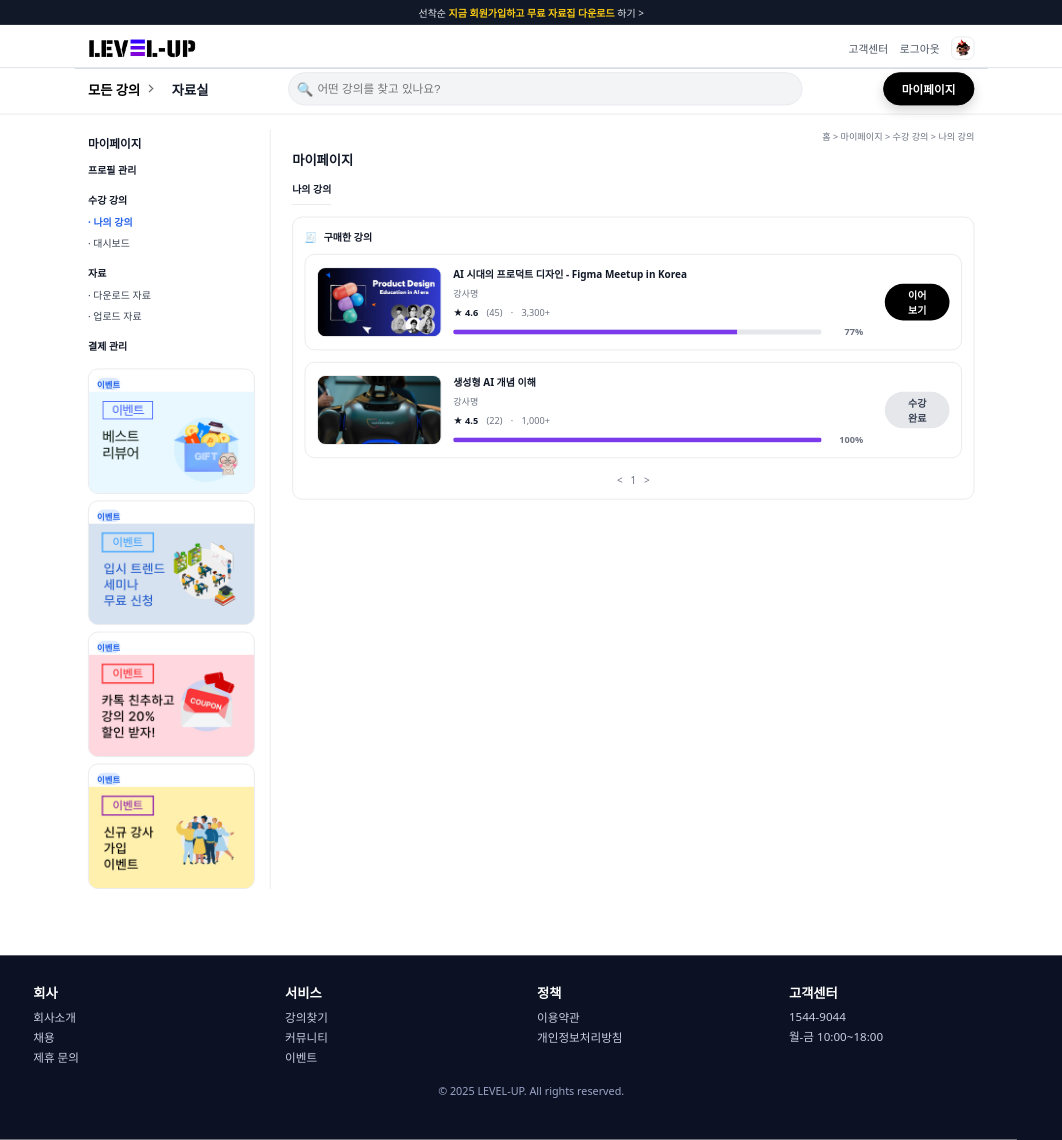
Repository: Iimchaehoon/level_up
Page: mypage.html
An editor plug-in stored every save of this project. The page is shown before and after the next save, followed by the edit.
The browser window is 1280 px wide. The pictures show the whole page, at 83% of full size.

Above is the page before, as saved 2025-12-16 23:23:07.

### mypage.html
<!doctype html>
<html lang="ko">
<head>
  <meta charset="UTF-8" />
  <meta name="viewport" content="width=device-width,initial-scale=1" />
  <title>마이페이지 | LEVEL-UP</title>

  <link rel="stylesheet" href="styles.css" />

  <style>
    :root{
      --gray-50:#f9fafb; --gray-100:#f3f4f6; --gray-200:#e5e7eb; --gray-300:#d1d5db;
      --gray-400:#9ca3af; --gray-500:#6b7280; --gray-600:#4b5563; --gray-700:#374151;
      --black:#111827; --primary:#2563eb;
    }
    *{ box-sizing:border-box; }
    body{ margin:0; font-family:"Noto Sans KR",system-ui,-apple-system,BlinkMacSystemFont,"Segoe UI",sans-serif; background:#fff; color:var(--black); }
    a{ color:inherit; text-decoration:none; }
    img{ max-width:100%; display:block; }
    button{ font-family:inherit; }

    /* ✅ 커서 */
    .brand,.nav-util,.menu-title,.profile-avatar,.mypage-btn{ cursor:pointer; }

    /* ───────── 상단 공지 ───────── */
    .topbar{ background:#111827; color:#e5e7eb; font-size:12px; text-align:center; padding:6px 16px; }
    .topbar strong{ color:#facc15; font-weight:600; }

    /* ───────── 헤더(네가 준 구조 그대로) ───────── */
    .header{ background:#fff; border-bottom:1px solid var(--gray-200); position:sticky; top:0; z-index:20; }
    .header-top{
      display:flex; align-items:center; justify-content:space-between;
      max-width:1100px; margin:0 auto; padding:8px 16px 4px;
    }
    .brand{ font-size:22px; font-weight:800; letter-spacing:-0.06em; }
    .brand__e{
      display:inline-block;
      background:linear-gradient(120deg,#7b5cff,#ff4bff);
      -webkit-background-clip:text; color:transparent;
    }
    .header-top__right{ display:flex; align-items:center; gap:14px; font-size:13px; }
    .nav-util{ color:var(--gray-600); }
    .profile-avatar{
      width:28px; height:28px; border-radius:8px; object-fit:cover; border:1px solid var(--gray-200);
    }

    .header-bottom{
      display:grid;
      grid-template-columns:auto minmax(260px,1fr) auto;
      align-items:center; gap:16px;
      max-width:1100px; margin:0 auto;
      padding:4px 16px 10px;
      border-top:1px solid rgba(148,163,184,.35);
    }
    .header-bottom__left{ display:flex; align-items:center; gap:16px; }
    .menu-title{
      background:none; border:none; padding:6px 0; font:inherit;
      font-weight:600; display:inline-flex; align-items:center; gap:4px;
    }
    .menu-title:hover{ color:var(--primary); }

    .header-bottom__center{ display:flex; justify-content:center; }
    .header-bottom__right{ display:flex; justify-content:flex-end; }

    .nav__search{ position:relative; max-width:620px; width:100%; }
    .nav__search input{
      width:100%;
      padding:11px 14px 11px 34px;
      border-radius:999px;
      border:1px solid var(--gray-200);
      background:var(--gray-100);
      font-size:14px;
    }
    .icon-search{
      position:absolute; left:10px; top:50%; transform:translateY(-50%);
      font-size:16px; color:var(--gray-600);
      cursor:default;
    }

    .menu-toggle-icon{
      width:18px; height:18px;
      background-image:url("./assets/Button_1.png");
      background-size:contain; background-repeat:no-repeat; background-position:center;
      transform:rotate(0deg);
      transform-origin:center;
      transition:transform .15s ease;
    }
    .menu-toggle-icon.open{ transform:rotate(90deg); }

    .btn{
      border-radius:12px;
      border:1px solid transparent;
      padding:10px 16px;
      font-weight:600;
      cursor:pointer;
      background:#fff;
      color:var(--black);
      transition:all .2s ease;
    }
    .btn.mypage-btn{
      border-radius:999px;
      background:#000;
      color:#fff;
      padding:9px 22px;
      font-size:14px;
      border:1px solid #000;
    }
/* ✅ 마이페이지 버튼: 은은한 입체감 + 자연스러운 hover/active */
.btn.mypage-btn{
  box-shadow: 0 6px 14px rgba(0,0,0,0.16);
  transition: background-color .18s ease, box-shadow .18s ease, transform .18s ease;
}

.btn.mypage-btn:hover{
  background: rgba(0,0,0,0.86);          /* 너무 밝게 안 바뀌게 */
  box-shadow: 0 8px 18px rgba(0,0,0,0.18);
  transform: translateY(-1px);           /* 아주 살짝만 */
}

.btn.mypage-btn:active{
  background: rgba(0,0,0,0.78);
  box-shadow: 0 4px 10px rgba(0,0,0,0.14);
  transform: translateY(1px);            /* 눌림 느낌 */
}
/* 마이페이지 버튼: 마우스 오버 시 포인터 */
.btn.mypage-btn{
  cursor: pointer;
}

    /* 드롭다운 */
    .nav-dropdown{
      display:none;
      position:absolute;
      top:0; left:0;
      background:#fff;
      border-radius:18px;
      box-shadow:0 20px 40px rgba(15,23,42,.18);
      padding:10px 0;
      min-width:260px;
      z-index:30;
    }
    .nav-dropdown__list{ list-style:none; margin:0; padding:0; }
    .nav-dropdown__item{
      display:flex; align-items:center; gap:10px;
      padding:8px 16px; font-size:14px; white-space:nowrap;
      cursor:pointer;
    }
    .nav-dropdown__item + .nav-dropdown__item{ border-top:1px solid var(--gray-200); }
    .nav-dropdown__item:hover{ background:var(--gray-50); }
    .nav-dropdown__icon{ width:22px; height:22px; object-fit:contain; }

    /* ───────── 마이페이지 레이아웃 ───────── */
    .mypage-wrap{
      max-width:1100px;
      margin:0 auto;
      padding:18px 16px 80px;
      display:grid;
      grid-template-columns:220px 1fr;
      gap:26px;
    }
    .side{ border-right:1px solid var(--gray-200); padding-right:18px; }
    .side__title{ font-size:14px; font-weight:900; margin:6px 0 14px; }
    .side__group{ margin-bottom:18px; }
    .side__group h4{ margin:0 0 8px; font-size:12px; font-weight:900; color:var(--black); }
    .side__links{ display:flex; flex-direction:column; gap:8px; font-size:12px; }
    .side__links a{ color:var(--gray-700); }
    .side__links a.active{ color:var(--primary); font-weight:900; }

    /* ✅ 광고(lecture/img5~img8) — 꽉 차게 */
    .side__cards    {
      margin-top: 5px;
      display: flex;
      flex-direction: column;
      gap: 8px;
    }

    .sidebar-events img {
      border-radius: 4px;
      cursor: pointer;
    }
    .evt{ border:1px solid var(--gray-200); border-radius:12px; overflow:hidden; background:#fff; }
    .evt__badge{
      display:inline-block;
      font-size:10px; font-weight:900;
      background:#dbeafe; color:var(--primary);
      border-radius:999px;
      margin:10px 10px 0;
    }
    .evt img{
      width:100%;
      height: 100%;     /* ✅ 캡처처럼 카드 높이 고정 */
      object-fit:cover;     /* ✅ 꽉 차게 */
      display:block;
    }

    .main__crumb{ font-size:11px; color:var(--gray-500); text-align:right; margin:0 0 8px; }
    .main__title{ font-size:16px; font-weight:900; margin:6px 0 14px; }
    .tab-title{
      font-size:12px; font-weight:900;
      margin:0 0 14px; padding-bottom:10px;
      border-bottom:1px solid var(--gray-200);
      width:fit-content;
    }
    .block{ border:1px solid var(--gray-200); border-radius:12px; padding:14px; background:#fff; }
    .block__head{ display:flex; align-items:center; gap:8px; font-size:12px; font-weight:900; margin-bottom:12px; }

    .course-list{ display:flex; flex-direction:column; gap:14px; }
    .course-card{
      border:1px solid var(--gray-200);
      border-radius:12px;
      padding:14px;
      display:grid;
      grid-template-columns:150px 1fr 90px;
      gap:14px;
      align-items:center;
      background:#fff;
    }
    .course-thumb{
      width:150px; height:84px;
      border-radius:10px; overflow:hidden;
      border:1px solid var(--gray-200);
      background:var(--gray-100);
    }
    .course-thumb img{ width:100%; height:100%; object-fit:cover; }
    .course-info .course-name{ font-size:12px; font-weight:900; margin:0 0 6px; }
    .course-info .teacher{ font-size:11px; color:var(--gray-500); margin:0 0 8px; }
    .meta-row{ display:flex; align-items:center; gap:10px; font-size:11px; color:var(--gray-500); margin-bottom:8px; }
    .stars{ color:var(--black); font-weight:900; }
    .progress-row{ display:flex; align-items:center; gap:10px; }
    .progress{ flex:1; height:6px; background:var(--gray-200); border-radius:999px; overflow:hidden; }
    .progress > span{ display:block; height:100%; background:#7c3aed; }
    .pct{ font-size:11px; color:var(--gray-500); width:40px; text-align:right; font-weight:900; }
    .course-action{ display:flex; justify-content:flex-end; }
    .btn-action{
      width:78px; height:44px;
      border-radius:999px; border:none;
      cursor:pointer; font-size:12px; font-weight:900;
    }
    .btn-action.black{ background:#000; color:#fff; }
    .btn-action.gray{ background:var(--gray-200); color:var(--gray-700); }
    .pager{ margin-top:18px; text-align:center; font-size:12px; color:var(--gray-500); user-select:none; }

    @media (max-width: 980px){
      .mypage-wrap{ grid-template-columns:1fr; }
      .side{ border-right:none; padding-right:0; }
      .course-card{ grid-template-columns:120px 1fr; grid-template-rows:auto auto; }
      .course-action{ grid-column:1 / -1; justify-content:flex-end; }
      .course-thumb{ width:120px; height:72px; }
    }
    /* ✅ 구매한 강의 카드: hover/active 효과 + 클릭 커서 */
.course-card{
  cursor: pointer;
  transition: transform .18s ease, box-shadow .18s ease, border-color .18s ease;
}
.course-card:hover{
  transform: translateY(-3px);
  box-shadow: 0 12px 24px rgba(15,23,42,.08);
  border-color: var(--gray-300);
}
.course-card:active{
  transform: translateY(-1px);
}

/* 카드 안 버튼은 카드 클릭과 분리 */
.course-card .btn-action{ cursor: pointer; }
/* 구매한 강의 카드: 기본 */
.course-card{
  cursor: pointer;
}

/* hover는 기존 유지 */

/* ✅ 클릭(active) 시 파란 아웃라인만 */
.course-card:active{
  outline: 2px solid var(--primary);
  outline-offset: -2px;
}
.footer {
  background: #0c1224;
  color: #c7cee1;
  padding: 32px 24px 50px;
}

.footer__links {
  max-width: 1200px;
  margin: 0 auto 18px;
  display: grid;
  grid-template-columns: repeat(auto-fit, minmax(180px, 1fr));
  gap: 14px;
}

.footer h4 {
  margin: 0 0 8px;
  color: #ffffff;
}

.footer a {
  display: block;
  margin: 4px 0;
  font-size: 14px;
}

.footer__copy {
  margin: 0;
  text-align: center;
  font-size: 13px;
  color: #9ca6c7;
}
  </style>
</head>

<body>
  <div class="topbar">
    선착순 <strong>지금 회원가입하고 무료 자료집 다운로드</strong> 하기 &gt;
  </div>

  <!-- ✅ 헤더: 네가 준 구조 그대로 -->
  <header class="header">
    <div class="header-top">
      <div class="header-top__left">
         <a href="index.html" class="brand" id="brandLogo">
  <img src="./assets/top_logo.png" alt="LEVEL-UP" width="130" height="40">
</a>

      </div>
      <div class="header-top__right header-top__right--authed">
        <span class="nav-util">고객센터</span>
        <span class="nav-util">로그아웃</span>
        <img class="profile-avatar" src="./assets/ddd_thumbnail.png" alt="프로필" />
      </div>
    </div>

    <div class="header-bottom">
      <div class="header-bottom__left">
        <button class="menu-title has-dropdown" id="allLecturesBtn" type="button">
          <span>모든 강의</span>
          <span class="menu-toggle-icon" id="menuToggleIcon" aria-hidden="true"></span>
        </button>
        <a class="menu-title" href="./board_free.html">자료실</a>
      </div>

      <div class="header-bottom__center">
        <div class="nav__search">
          <span class="icon-search">🔍</span>
          <input type="text" placeholder="어떤 강의를 찾고 있나요?" />
        </div>
      </div>

      <div class="header-bottom__right">
        <button class="btn mypage-btn" type="button" data-nav="mypage">마이페이지</button>
      </div>
    </div>

    <div class="nav-dropdown" id="navDropdown">
      <ul class="nav-dropdown__list">
        <li class="nav-dropdown__item js-go-ai-basic">
          <img src="./assets/9342101 1.png" alt="" class="nav-dropdown__icon" />
          <span>AI 기초 이해 · 리터러시</span>
        </li>
        <li class="nav-dropdown__item">
          <img src="./assets/9a04e59f-39b9-42de-9d05-d933becf10b4 1.png" alt="" class="nav-dropdown__icon" />
          <span>업무 효율 향상</span>
        </li>
        <li class="nav-dropdown__item">
          <img src="./assets/son-eul-jabgo-huinsaeg-baegyeong-3d-geulim-e-keullibbodeue-chekeuliseuteu-sincheongseo-munseo-jagseong (1) 1.png" alt="" class="nav-dropdown__icon" />
          <span>교육 자료 제작</span>
        </li>
        <li class="nav-dropdown__item">
          <img src="./assets/9731562 1.png" alt="" class="nav-dropdown__icon" />
          <span>원생 관리</span>
        </li>
        <li class="nav-dropdown__item">
          <img src="./assets/10316159 1.png" alt="" class="nav-dropdown__icon" />
          <span>상담 업무</span>
        </li>
        <li class="nav-dropdown__item">
          <img src="./assets/63624731-5ef5-4ba4-8c7f-82a551538336 1.png" alt="" class="nav-dropdown__icon" />
          <span>강의 기획 · 교육 설계</span>
        </li>
        <li class="nav-dropdown__item">
          <img src="./assets/9d016f34-375d-4ba7-8c87-c7b0c5c7740b 1.png" alt="" class="nav-dropdown__icon" />
          <span>강의 홍보 · 피드백</span>
        </li>
        <li class="nav-dropdown__item">
          <img src="./assets/04f8dee7-4018-491e-96a9-dbf9a50d942b 1.png" alt="" class="nav-dropdown__icon" />
          <span>자료 · 로고 디자인</span>
        </li>
        <li class="nav-dropdown__item">
          <img src="./assets/11591525 1.png" alt="" class="nav-dropdown__icon" />
          <span>창업 · 수익화</span>
        </li>
      </ul>
    </div>
  </header>

  <main class="mypage-wrap">
    <aside class="side">
      <div class="side__title">마이페이지</div>

      <div class="side__group"><h4>프로필 관리</h4></div>

      <div class="side__group">
        <h4>수강 강의</h4>
        <div class="side__links">
          <a href="#" class="active">· 나의 강의</a>
          <a href="#">· 대시보드</a>
        </div>
      </div>

      <div class="side__group">
        <h4>자료</h4>
        <div class="side__links">
          <a href="#">· 다운로드 자료</a>
          <a href="#">· 업로드 자료</a>
        </div>
      </div>

      <div class="side__group"><h4>결제 관리</h4></div>

      <!-- ✅ 광고: 네가 말한 lecture 폴더 기준(img5~img8) -->
      <div class="side__cards">
        <div class="evt"><span class="evt__badge">이벤트</span><img src="./lecture/img5.png" alt="이벤트 1" /></div>
        <div class="evt"><span class="evt__badge">이벤트</span><img src="./lecture/img6.png" alt="이벤트 2" /></div>
        <div class="evt"><span class="evt__badge">이벤트</span><img src="./lecture/img7.png" alt="이벤트 3" /></div>
        <div class="evt"><span class="evt__badge">이벤트</span><img src="./lecture/img8.png" alt="이벤트 4" /></div>
      </div>
    </aside>

    <section class="main">
      <div class="main__crumb">홈 &gt; 마이페이지 &gt; 수강 강의 &gt; 나의 강의</div>

      <div class="main__title">마이페이지</div>
      <div class="tab-title">나의 강의</div>

      <div class="block">
        <div class="block__head"><span aria-hidden="true">🧾</span> 구매한 강의</div>

        <div class="course-list">
          <div class="course-card">
            <div class="course-thumb"><img src="./my/334312.gif.mp4.png" alt="강의 썸네일" /></div>
            <div class="course-info">
              <p class="course-name">AI 시대의 프로덕트 디자인 - Figma Meetup in Korea</p>
              <p class="teacher">강사명</p>
              <div class="meta-row"><span class="stars">★ 4.6</span><span>(45)</span><span>·</span><span>3,300+</span></div>
              <div class="progress-row">
                <div class="progress"><span style="width:77%"></span></div>
                <div class="pct">77%</div>
              </div>
            </div>
            <div class="course-action"><button class="btn-action black" type="button">이어<br/>보기</button></div>
          </div>

          <div class="course-card">
            <div class="course-thumb"><img src="./my/생성형 AI 개념 이해.png" alt="강의 썸네일" /></div>
            <div class="course-info">
              <p class="course-name">생성형 AI 개념 이해</p>
              <p class="teacher">강사명</p>
              <div class="meta-row"><span class="stars">★ 4.5</span><span>(22)</span><span>·</span><span>1,000+</span></div>
              <div class="progress-row">
                <div class="progress"><span style="width:100%"></span></div>
                <div class="pct">100%</div>
              </div>
            </div>
            <div class="course-action"><button class="btn-action gray" type="button">수강<br/>완료</button></div>
          </div>
        </div>

        <div class="pager">&lt; &nbsp; 1 &nbsp; &gt;</div>
      </div>
    </section>
  </main>
<footer class="footer">
    <div class="footer__links">
      <div>
        <h4>회사</h4>
        <a href="#">회사소개</a>
        <a href="#">채용</a>
        <a href="#">제휴 문의</a>
      </div>
      <div>
        <h4>서비스</h4>
        <a href="#">강의찾기</a>
        <a href="#">커뮤니티</a>
        <a href="#">이벤트</a>
      </div>
      <div>
        <h4>정책</h4>
        <a href="#">이용약관</a>
        <a href="#">개인정보처리방침</a>
      </div>
      <div>
        <h4>고객센터</h4>
        <a href="tel:1544-9044">1544-9044</a>
        <a href="#">월-금 10:00~18:00</a>
      </div>
    </div>
    <p class="footer__copy">© 2025 LEVEL-UP. All rights reserved.</p>
  </footer>

  <script defer src="./js/nav.js"></script>
  <script>
    // ✅ 마이페이지 버튼 공통 이동
    document.addEventListener("click", (e) => {
      const btn = e.target.closest('[data-nav="mypage"]');
      if (!btn) return;
      window.location.href = "mypage.html";
    });

    // ✅ "모든 강의" 드롭다운
    const allLecturesBtn = document.getElementById("allLecturesBtn");
    const navDropdown = document.getElementById("navDropdown");
    const menuToggleIcon = document.getElementById("menuToggleIcon");
    let open = false;

    allLecturesBtn?.addEventListener("click", (e) => {
      e.stopPropagation();
      open = !open;
      navDropdown.style.display = open ? "block" : "none";
      menuToggleIcon.classList.toggle("open", open);

      // 헤더 아래줄 기준으로 드롭다운 위치 맞춤
      const rect = allLecturesBtn.getBoundingClientRect();
      navDropdown.style.top = (rect.bottom + window.scrollY + 6) + "px";
      navDropdown.style.left = (rect.left + window.scrollX) + "px";
    });

    document.addEventListener("click", (e) => {
      if (!open) return;
      if (!navDropdown.contains(e.target) && !allLecturesBtn.contains(e.target)) {
        open = false;
        navDropdown.style.display = "none";
        menuToggleIcon.classList.remove("open");
      }
    });
    document.querySelector(".js-go-ai-basic")?.addEventListener("click", () => {
  window.location.href = "lecture_ai_basic.html";
});
// ✅ 구매한 강의 카드 클릭 → 나의강의 페이지로 이동
// (원하는 파일명으로 바꿔: my_lecture.html / mycourse.html 등)
const MY_LECTURE_URL = "./my_lecture.html";

document.querySelectorAll(".course-card").forEach((card) => {
  card.addEventListener("click", () => {
    window.location.href = MY_LECTURE_URL;
  });
});

// ✅ 카드 안 버튼(이어보기/수강완료) 눌렀을 때도 동일 이동(원하면 제거 가능)
document.querySelectorAll(".course-card .btn-action").forEach((btn) => {
  btn.addEventListener("click", (e) => {
    e.stopPropagation();
    window.location.href = MY_LECTURE_URL;
  });
});

  </script>
</body>
</html>

Loaded but not shown: js/nav.js (8 lines, source omitted); styles.css (3355 lines, source omitted)

After the next save:
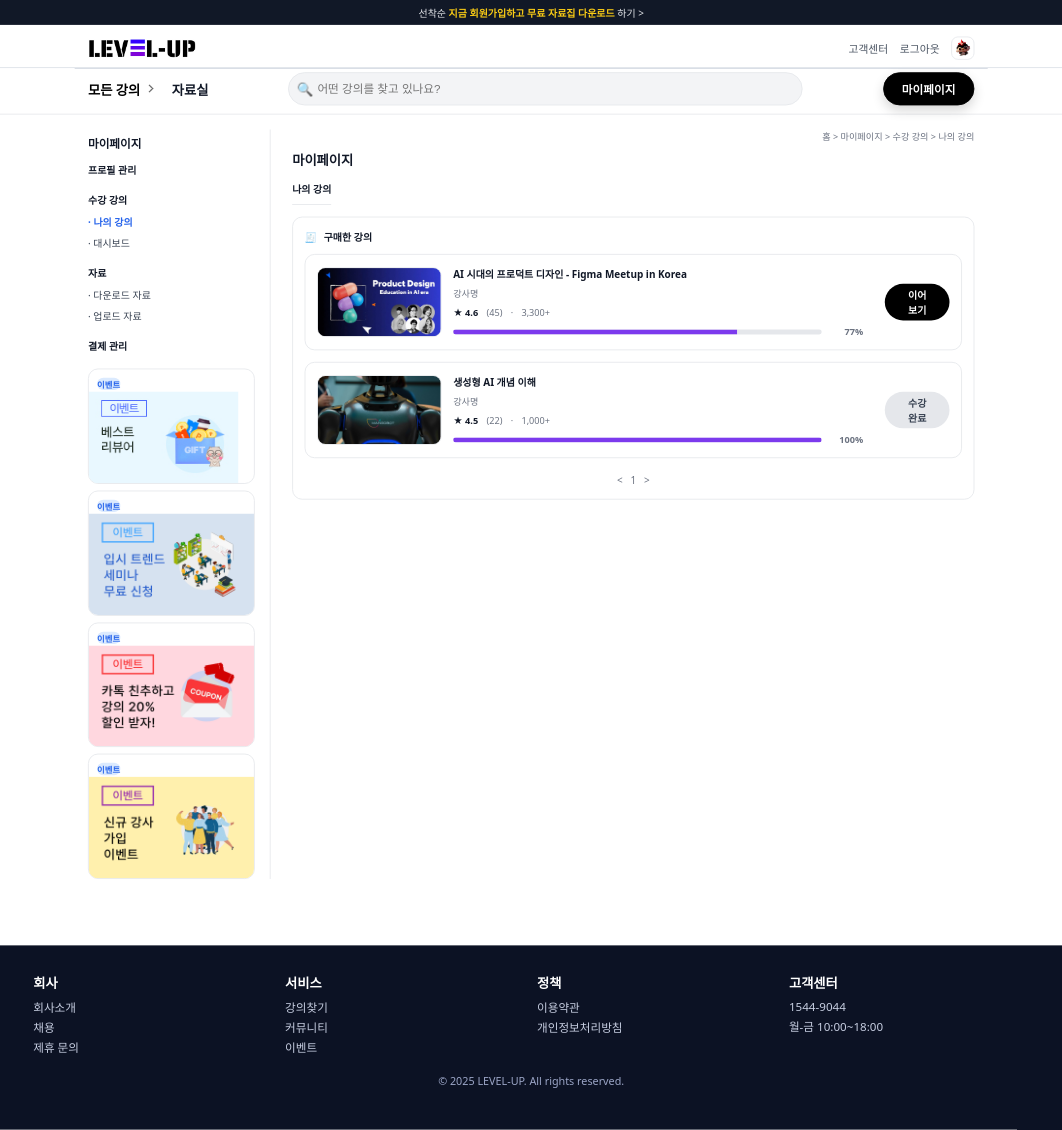
Saved 40 s later.
--- a/mypage.html
+++ b/mypage.html
@@ -186,12 +186,7 @@
       border-radius:999px;
       margin:10px 10px 0;
     }
-    .evt img{
-      width:100%;
-      height: 100%;     /* ✅ 캡처처럼 카드 높이 고정 */
-      object-fit:cover;     /* ✅ 꽉 차게 */
-      display:block;
-    }
+
 
     .main__crumb{ font-size:11px; color:var(--gray-500); text-align:right; margin:0 0 8px; }
     .main__title{ font-size:16px; font-weight:900; margin:6px 0 14px; }
